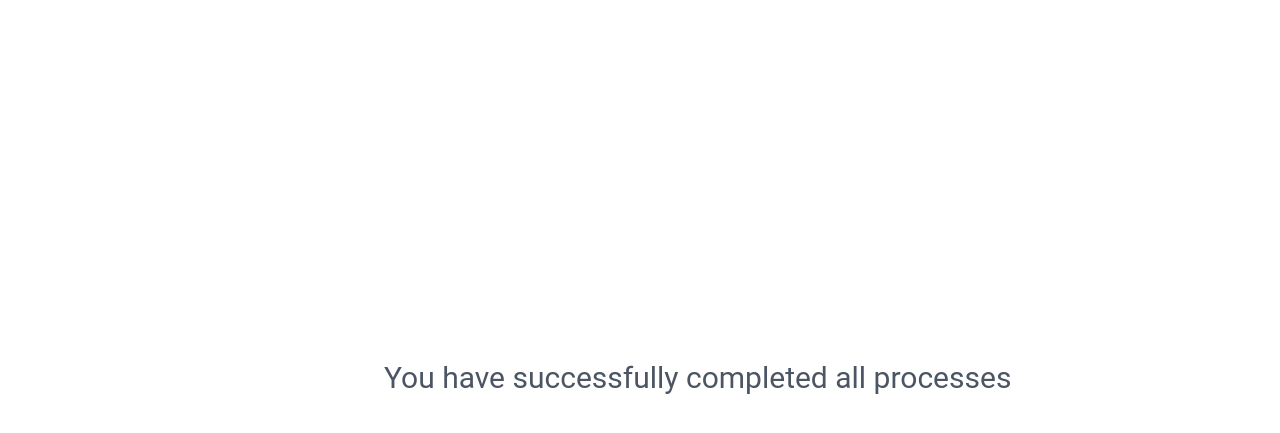
Repository: uh-sman/LottieApp
Page: /Success
An editor plug-in stored every save of this project. The page is shown before and after the next save, followed by the edit.
The browser window is 1280 px wide. The pictures show the whole page.
The project was rebuilt for these pictures with package versions that can differ from the ones it lists, and the page was loaded fresh each time. Also part of the build but not shown: src/App.css, src/components/Card.js, src/components/Piggybank.js, src/components/Hero.js, src/components/Maincontainer.js.

Above is the page before, as saved 2022-09-11 18:49:20.

### src/App.js
import logo from "./logo.svg";
import "./App.css";
import { Routes, Route } from "react-router-dom";
import { Maincontainer } from "./components/Maincontainer";
import { Hero } from "./components/Hero";
import { Piggybank } from "./components/Piggybank";
import { Card } from "./components/Card";
import { Success } from "./components/Success";
function App() {
  return (
    <div className="App">
      <Routes>
        <Route path="/" element={<Hero />} />
        <Route path="Piggy" element={<Piggybank />} />
        <Route path="Card" element={<Card />} />
        <Route path="Success" element={<Success />} />
      </Routes>
    </div>
  );
}

export default App;

### src/components/Success.js
import React from "react";

export const Success = () => {
  return (
    <div>
      <div>
        <h1 className="text-gray-600 text-3xl text-center absolute top-[50%] left-[30%]">
          You have successfully completed all processes
        </h1>
      </div>
    </div>
  );
};

### src/components/hero.style.css
* {
  margin: 0;
  padding: 0;
  box-sizing: border-box;
  font-family: Roboto;
  list-style: none;
  text-decoration: none;
  cursor: pointer;
}
/* .button {
  justify-content: center;
  margin: auto;
  align-items: center;
  display: flex;
  border-radius: 8px;
  color: rgba(128, 128, 128, 0.972);
  padding: 20px 34px;
  background-color: #44f0cc90;
} */
.lottie-container {
  position: relative;
  top: 50%;
  /* left: 50%; */
}
.channel {
  text-align: center;
  /* padding: 1rem; */
  font-size: 2.5rem;
}
.left {
  position: relative;
  left: -45px;
}
.text {
  position: relative;
  /* left: 160px; */
  font-size: medium;
  font-weight: 800px;
  text-align: center;
  color: gray;
  /* width: 30%; */
}
.carrousel {
  left: 20px;
}
.custom {
  position: absolute;
  right: 660px;
  top: 40rem;
  font-size: 20px;
}
.fade-in {
  animation: fadeIn 2s;
  opacity: 1;
}

@keyframes fadeIn {
  from {
    right: 200px;
    opacity: 0;
  }
  to {
    opacity: 1;
  }
}
.empty {
  position: absolute;
  left: 40%;
  top: 84%;
  background-color: lightgray;
  border-radius: 100%;
  height: 8px;
  width: 8px;
}
.full {
  position: absolute;
  left: 39%;
  top: 84%;
  background-color: lightgray;
  border-radius: 100%;
  height: 8px;
  width: 8px;
}
.round {
  position: absolute;
  left: 38%;
  top: 84%;
  background-color: black;
  border-radius: 100%;
  height: 8px;
  width: 8px;
}
.piggyempty {
  position: absolute;
  left: 40%;
  top: 84%;
  background-color: lightgray;
  border-radius: 100%;
  height: 8px;
  width: 8px;
}
.piggyfull {
  position: absolute;
  left: 39%;
  top: 84%;
  background-color: black;
  border-radius: 100%;
  height: 8px;
  width: 8px;
}
.piggyround {
  position: absolute;
  left: 38%;
  top: 84%;
  background-color: lightgray;
  border-radius: 100%;
  height: 8px;
  width: 8px;
}
.cardempty {
  position: absolute;
  left: 40%;
  top: 84%;
  background-color: black;
  border-radius: 100%;
  height: 8px;
  width: 8px;
}
.cardfull {
  position: absolute;
  left: 39%;
  top: 84%;
  background-color: lightgray;
  border-radius: 100%;
  height: 8px;
  width: 8px;
}
.cardround {
  position: absolute;
  left: 38%;
  top: 84%;
  background-color: lightgray;
  border-radius: 100%;
  height: 8px;
  width: 8px;
}
/* .dot_container {
  background: white;
  height: 100px;
  width: 300px;
} */

Loaded but not shown: public/index.html (common file); src/index.js (common file); src/index.css (common file); src/reportWebVitals.js (common file); tailwind.config.js (common file)

After the next save:
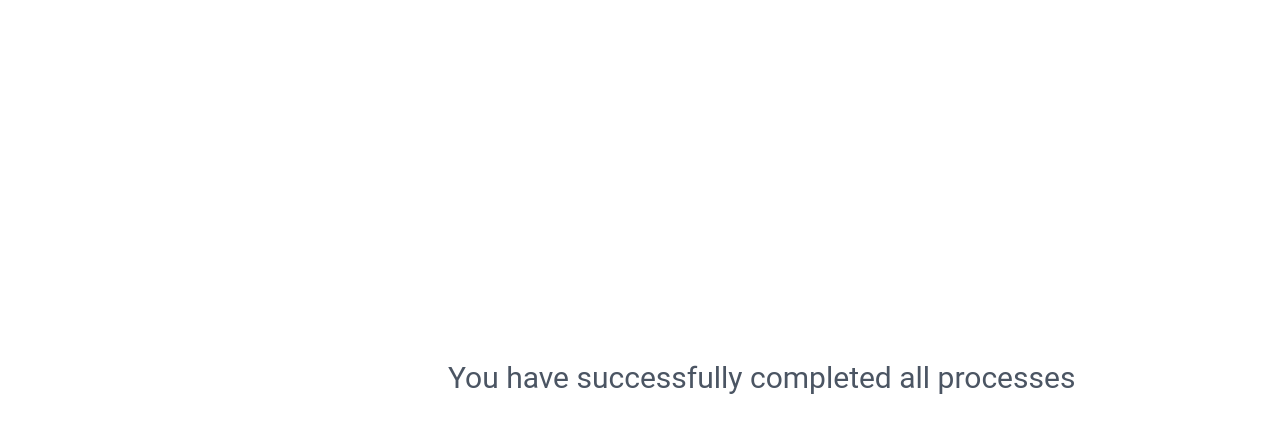
Saved 10 s later.
--- a/src/components/Success.js
+++ b/src/components/Success.js
@@ -4,7 +4,7 @@ export const Success = () => {
   return (
     <div>
       <div>
-        <h1 className="text-gray-600 text-3xl text-center absolute top-[50%] left-[30%]">
+        <h1 className="text-gray-600 text-3xl text-center absolute top-[50%] left-[35%]">
           You have successfully completed all processes
         </h1>
       </div>
